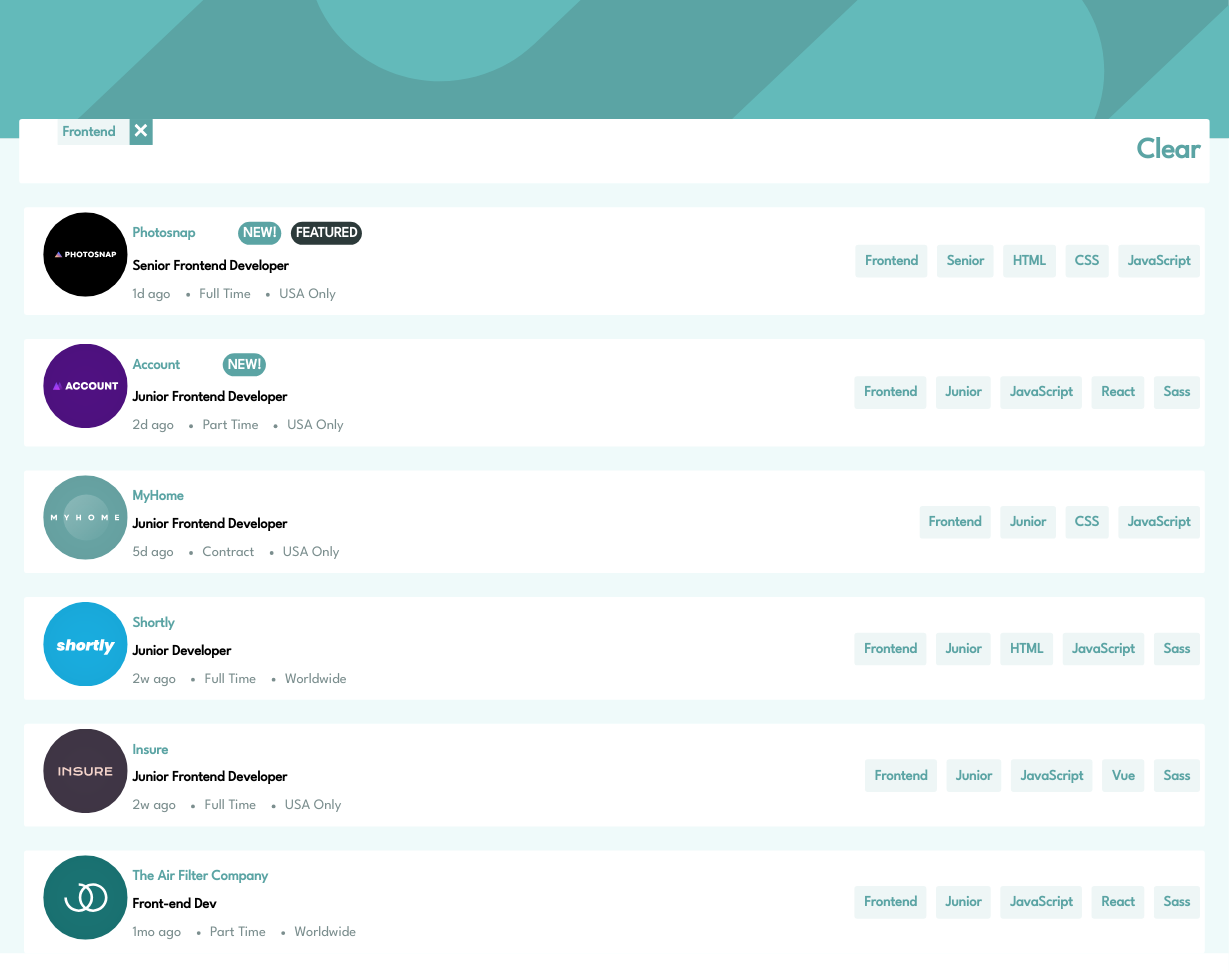
Repository: DevLaukey/job-listing
Page: /, after clicking the first element matching `div.category`
The author's editor kept a copy of each file at every save. The page is drawn from the files as they stood at one save, then again after the next save.
The browser window is 1280 px wide. The pictures show the whole page, at 96% of full size.
Some web fonts or font styles are not loaded; a fallback is used. The project was rebuilt for these pictures with package versions that can differ from the ones it lists, and the page was loaded fresh each time.

Above is the page before, as saved 2022-06-06 00:35:53.

### src/App.js
import { useState } from "react";
import "./App.css";
import Filter from "./components/Filter";
import Header from "./components/Header";
import Tablet from "./components/Tablet";
import data from "./data.json";

function App() {
  const [tagList, setTagList] = useState([]);


    function filterTag(e) {
      if (tagList.length === 0) {
        return true;
      } else {
        let jobTags = [e.role, e.level, ...e.languages, ...e.tools];

        return tagList.every((tag) => jobTags.includes(tag));
      }
    }
  // const tablets = data.map((data) =>
  // (<Tablet
  //   key={data.id}
  //   company={data.company}
  //   neew={data.new}
  //   featured={data.featured}
  //   position={data.position}
  //   role={data.role}
  //   level={data.level}
  //   postedAt={data.postedAt}
  //   contract={data.contract}
  //   location={data.location}
  //   languages={data.languages}
  //   tools={data.tools}
  //   logo={data.logo} />));


  return (
    <div className="App">
      <Header onClick={setTagList} tagList={tagList} />
      {data
        .filter((e) => filterTag(e))
        .map((e, id) => (
          <Tablet onClick={setTagList} tagList={tagList} key={id} data={e} />
        ))}
      {/* <Filter />
      <div className="content">{tablets}</div> */}
    </div>
  );
}

export default App;

### src/App.css
@import url('https://fonts.googleapis.com/css2?family=Grape+Nuts&family=League+Spartan&display=swap');
*{
  margin: 0;
  padding: 0;
  box-sizing: border-box;
}
.App{
  background-color: hsl(180, 52%, 96%);
  font-size: 15px;
}

### src/components/Filter.js
function Filter(Props) {
  function handleClick(tagNameTarget) {
    Props.onClick(Props.tagList.filter((tag) => tag !== tagNameTarget));
  }

  if (Props.tagList.length === 0) {
    return "";
  } else {
    return (
      <div className="tablet filter">
          {Props.tagList.map((e, id) => (
            <div className="filter">
              <div className="option">
                <p className="front-end" key={id}>
                  {e}
                </p>
                <div className="icon" onClick={() => handleClick(e)}>
                  <svg
                    xmlns="http://www.w3.org/2000/svg"
                    width="14"
                    height="14"
                  >
                    <path
                      fill="#FFF"
                      fill-rule="evenodd"
                      d="M11.314 0l2.121 2.121-4.596 4.596 4.596 4.597-2.121 2.121-4.597-4.596-4.596 4.596L0 11.314l4.596-4.597L0 2.121 2.121 0l4.596 4.596L11.314 0z"
                    />
                  </svg>
                </div>
              </div>
            </div>
          ))}
          <h1 className="clear" onClick={() => Props.onClick([])}>
            Clear
          </h1>
        </div>
    );
  }
}

export default Filter;

### src/components/Header.js
import React from 'react'
import Filter from './Filter'
import "./styles.css"

function Header(Props) {
  return (
    <>
      <header className="header"></header>
      <Filter onClick={Props.onClick} tagList={Props.tagList} />
    </>
  );
}

export default Header

### src/components/Tablet.js
import "./styles.css";
import Tagbox from "./Tagbox";

function Tablet(props) {
    let {logo, company, featured, position, postedAt, contract, location,level, role, languages, tools} = props.data;

  let neew = props.data.new;
  return (
    <div className="tablet ">
      <div className="tablet_content">
        <div className="desktop">
          <img className="image" src={logo} alt="" />
          <div className="block">
            <div className="heading">
              <div className="company">
                <p>{company}</p>
              </div>
              <div>{neew && <p className="new">NEW!</p>}</div>
              <div>{featured && <p className="featured">FEATURED</p>}</div>
            </div>

            <div className="title">
              <p>{position}</p>
            </div>
            <div className="details">
              <p>{postedAt}</p>
              <ul className="list">
                <li>{contract}</li>
                <li className="country">{location}</li>
              </ul>
            </div>
          </div>
        </div>
        <hr className="line" />
      </div>
      <div className="tags">
        <Tagbox
          onClick={props.onClick}
          tagList={props.tagList}
          tagName={role}
        />
        <Tagbox
          onClick={props.onClick}
          tagList={props.tagList}
          tagName={level}
        />
        {languages.map((e, id) => (
          <Tagbox
            onClick={props.onClick}
            tagList={props.tagList}
            key={`${id}_${id}_languages`}
            tagName={e}
          />
        ))}
        {tools.map((e, id) => (
          <Tagbox
            onClick={props.onClick}
            tagList={props.tagList}
            key={`${id}_${id}_tools`}
            tagName={e}
          />
        ))}
      </div>
    </div>
  );
}

export default Tablet;

### src/components/styles.css
.header {
  background-image: url(../assets/bg-header-mobile.svg);
  padding: 10vh;
  background-color: hsl(180, 29%, 50%);
}
.tablet {
  background-color: white;
  margin: 25px 25px 20px 25px;
  font-family: "League Spartan", sans-serif;
  border-radius: 3px;
  font-weight: 700;
}
.tablet:hover {
  transition: 0.2s ease-in-out;
  border-left: 3px solid hsl(180, 29%, 50%);
}
.tablet_content {
  margin-left: 15px;
  margin-right: 30px;
  align-items: center;
}
.image {
  height: 50px;
  margin-top: -20px;
}
.heading {
  margin-top: 15px;
  display: flex;
}
.company {
  color: hsl(180, 29%, 50%);
  margin-right: 3em;
  margin-top: 5px;
}
.new {
  background-color: hsl(180, 29%, 50%);
  padding: 5px;
  color: white;
  border-radius: 25px;
  margin-right: 10px;
}
.featured {
  background-color: hsl(180, 14%, 20%);
  padding: 5px;
  color: white;
  border-radius: 25px;
}
.title {
  margin-top: 15px;
}
.title:hover {
  cursor: pointer;
  color: hsl(180, 29%, 50%);
}
.details {
  display: flex;
  color: hsl(180, 8%, 52%);
  font-weight: 400;
  margin-top: 15px;
  margin-bottom: 15px;
}
.list {
  display: flex;
  margin-left: 2em;
}
.country {
  margin-left: 2em;
}
.line {
  margin-bottom: 15px;
  color: gray;
}
.tags {
  color: hsl(180, 29%, 50%);
  display: flex;
  flex-wrap: wrap;
}
.category {
  background-color: hsl(180, 31%, 95%);
  padding: 10px;
  border-radius: 3px;
  margin: 5px;
}

.filter {
  display: flex;
  padding: 10px;
  border-radius: 3px;
  margin: -20px 20px 5px 20px;
  flex-wrap: wrap;
  justify-content: space-between;
}
.option {
  background-color: hsl(180, 31%, 95%);
  color: hsl(180, 29%, 50%);
  display: flex;
  align-items: center;
  width: fit-content;
  margin-bottom: 15px;
}
.front-end {
  padding: 5px;
}
.icon {
  margin-left: 10px;
  flex-grow: 1;
  height: 100%;
  padding: 5px;
  background-color: hsl(180, 29%, 50%);
}
.icon:hover {
  background-color: hsl(180, 14%, 20%);
  transition: 0.2s ease-in-out;
}
.clear {
  color: hsl(180, 29%, 50%);
}
.clear:hover {
  cursor: pointer;
  padding: 3px;
  text-decoration: underline;
  transition: 0.2s ease-in-out;
}
.desktop {
  display: block;
}
.category:hover {
  transition: 0.2s ease-in-out;
  cursor: pointer;
  background-color: hsl(180, 29%, 50%);
  color: white;
}
/* media query */

@media screen and (min-width: 768px) {
  .header {
    background-image: url(../assets/bg-header-desktop.svg);
  }
  .line {
    display: none;
  }
  .tablet {
    display: flex;
    align-items: center;
    justify-content: space-between;
  }
  .desktop {
    display: flex;
  }
  .image {
    margin: 0;
    padding: 5px;
    height: 100%;
  }
}

### src/components/Tagbox.js
import React from "react";

function Tagbox(Props) {
  function handleClick() {
    if (Props.tagList.includes(Props.tagName)) {
      return;
    } else {
      Props.onClick([...Props.tagList, Props.tagName]);
    }
  }
  return <div class="category" onClick={handleClick}> {Props.tagName}</div>;
}

export default Tagbox;

Loaded but not shown: public/index.html (common file); src/index.js (common file); src/index.css (common file); src/reportWebVitals.js (common file); src/data.json (common file)

After the next save:
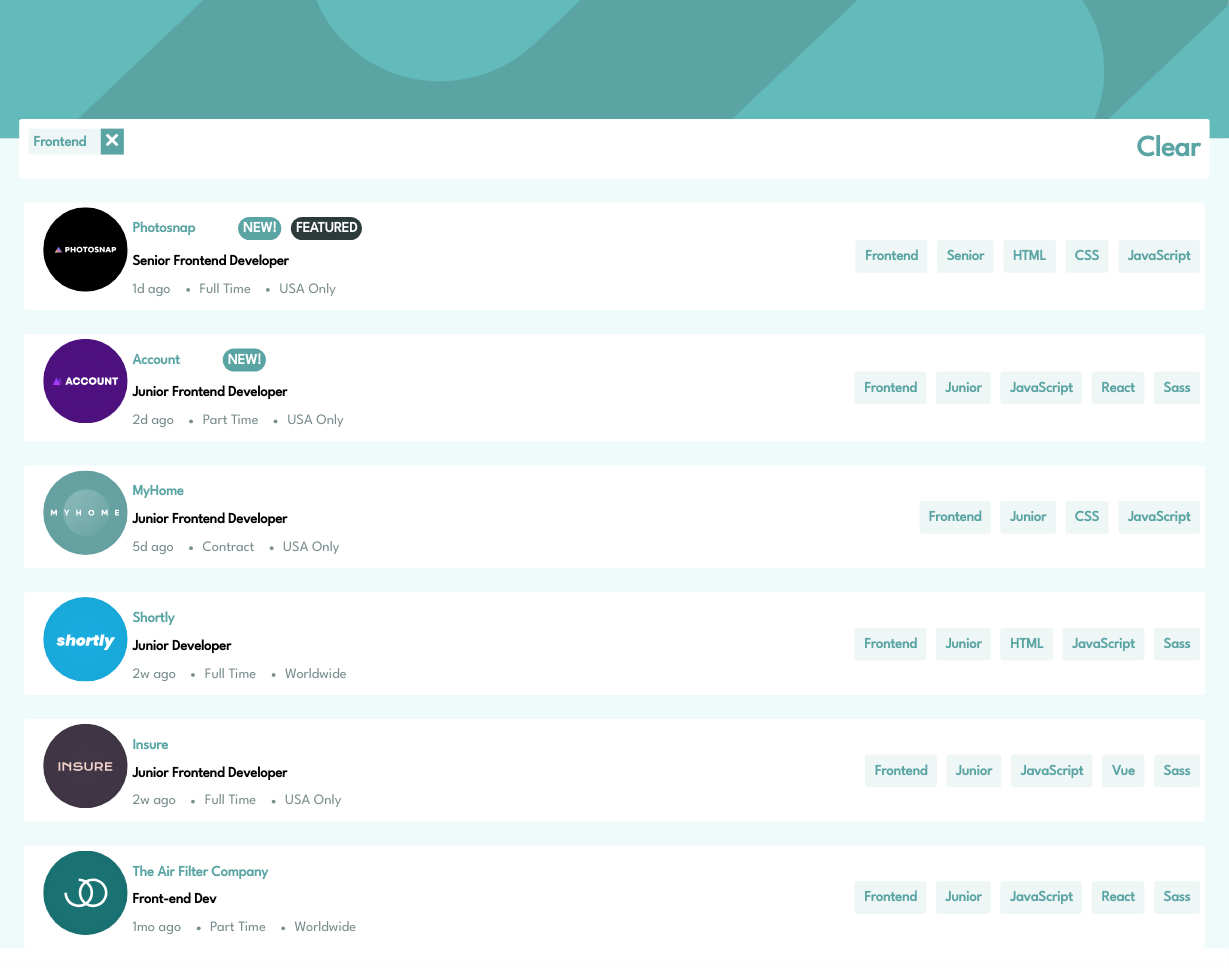
Saved 13 s later.
--- a/src/components/Filter.js
+++ b/src/components/Filter.js
@@ -9,7 +9,6 @@ function Filter(Props) {
     return (
       <div className="tablet filter">
           {Props.tagList.map((e, id) => (
-            <div className="filter">
               <div className="option">
                 <p className="front-end" key={id}>
                   {e}
@@ -28,7 +27,7 @@ function Filter(Props) {
                   </svg>
                 </div>
               </div>
-            </div>
+
           ))}
           <h1 className="clear" onClick={() => Props.onClick([])}>
             Clear
